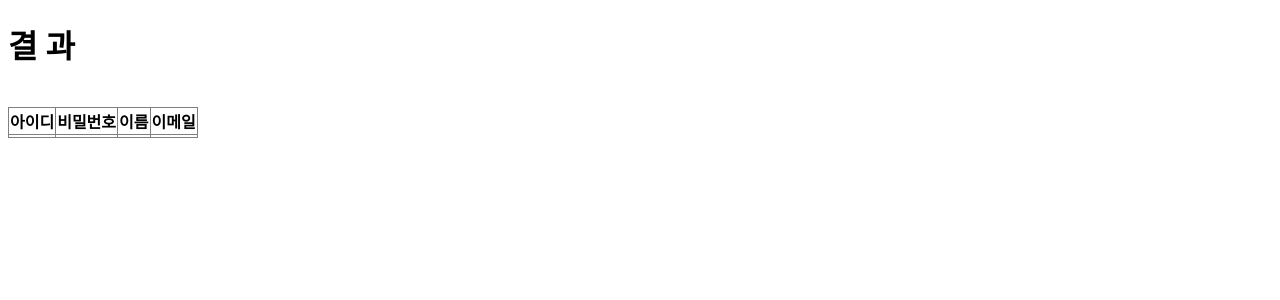
Repository: Jh1227/JSP
Page: http://localhost/12_EL/ex03_scope/memberPro2.jsp
These files come from the project's save history. The page is drawn as it stood at one moment and after the next save; the edit follows.
The browser window is 1280 px wide. The pictures show the whole page.
The page is served by Tomcat 9. Other server files are loaded and not shown.

Above is the page before, as saved 2023-04-10 01:51:47.

### 12_EL/src/main/webapp/ex03_scope/memberPro2.jsp

<!-- ex03_scope/memberPro2.jsp -->

<%@ page language="java" contentType="text/html; charset=UTF-8"
    pageEncoding="UTF-8"%>
<!DOCTYPE html>
<html>
<head>
<meta charset="UTF-8">
<title>memberPro2.jsp</title>
<style type="text/css">
table, th, td { border: 1px solid gray; border-collapse: collapse; }
</style>
</head>
<body>
	<h1>결 과</h1>
	<br>
	<table>
		<tr>
			<th>아이디</th>
			<th>비밀번호</th>
			<th>이름</th>
			<th>이메일</th>
		</tr>
		<tr>
			<td>${ param.id }</td>
			<td>${ param.pwd }</td>
			<td>${ param.name }</td>
			<td>${ param.email }</td>
		</tr>
	</table>
</body>
</html>

After the next save:
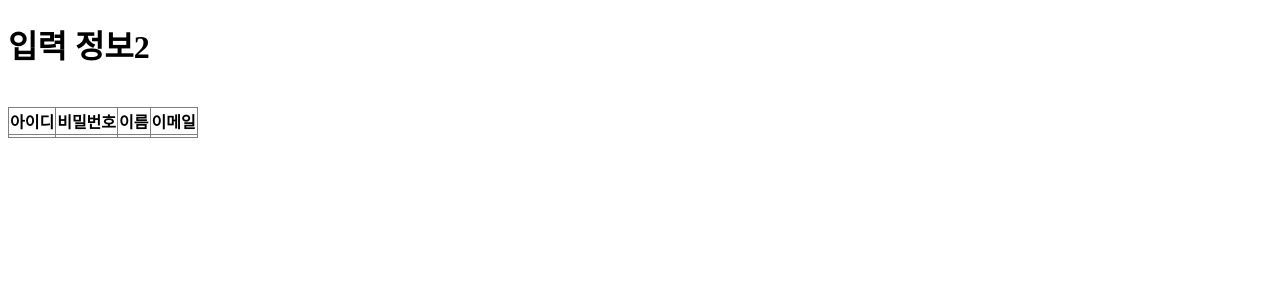
Saved 8 s later.
--- a/12_EL/src/main/webapp/ex03_scope/memberPro2.jsp
+++ b/12_EL/src/main/webapp/ex03_scope/memberPro2.jsp
@@ -13,7 +13,7 @@ table, th, td { border: 1px solid gray; border-collapse: collapse; }
 </style>
 </head>
 <body>
-	<h1>결 과</h1>
+	<h1>입력 정보2</h1>
 	<br>
 	<table>
 		<tr>
